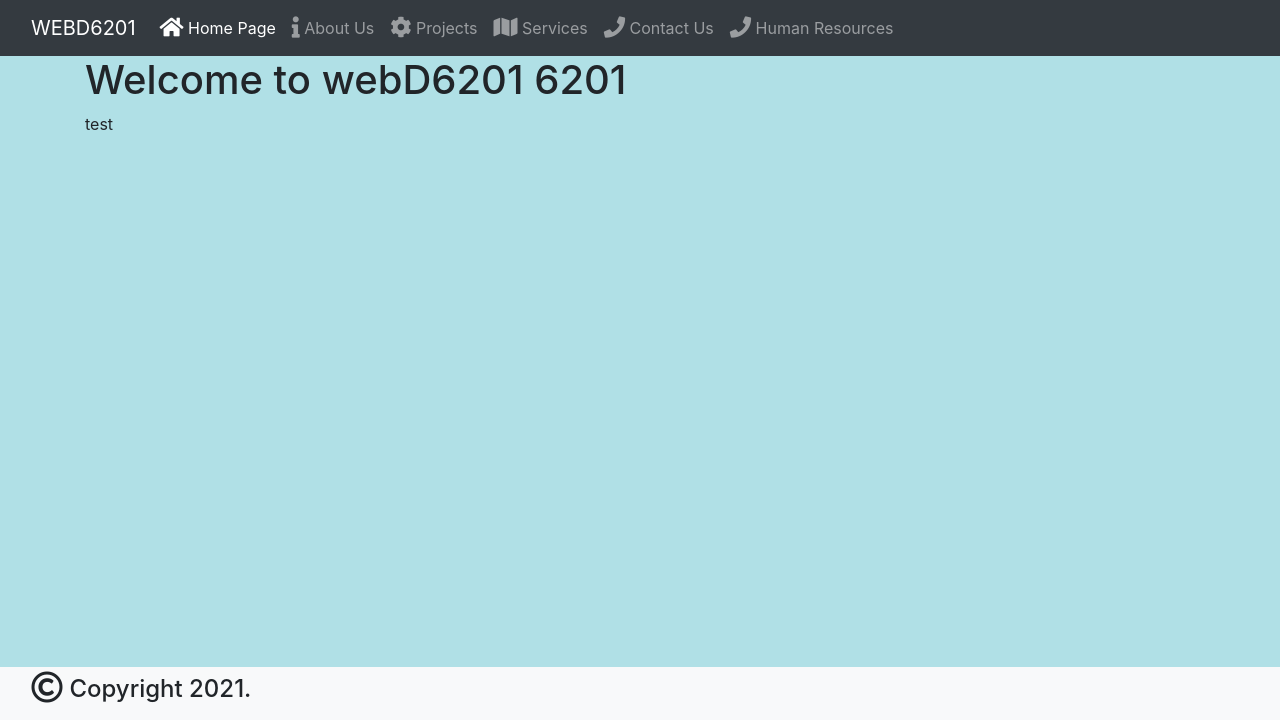
Repository: arbin6ix/ICE-2
Page: index.html
An editor plug-in stored every save of this project. The page is shown before and after the next save, followed by the edit.
The browser window is 1280 px wide. The pictures show the whole page.

Above is the page before, as saved 2021-02-05 21:20:24.
Console error: TypeError: Cannot set properties of null (setting 'textContent')

### index.html
<!DOCTYPE html>
<html lang="en">
<head>
    <meta charset="UTF-8">
    <meta name="viewport" content="width=device-width, initial-scale=1.0">
    <title>Home</title>
    <!-- CSS Section -->
    <link rel="stylesheet" href="./node_modules/bootstrap/dist/css/bootstrap.min.css">
    <link rel="stylesheet" href="./node_modules/@fortawesome/fontawesome-free/css/all.min.css">
    <link rel="stylesheet" href="./Content/app.css">
</head>
<body style="background-color:powderblue;">
    <!-- Main Header -->
    <header>
        <!-- Main Navigation -->
        <nav class="navbar navbar-expand-lg navbar-dark bg-dark">
            <div class="container-fluid">
              <a class="navbar-brand" href="index.html">WEBD6201</a>
              <button class="navbar-toggler" type="button" data-bs-toggle="collapse" data-bs-target="#navbarSupportedContent" aria-controls="navbarSupportedContent" aria-expanded="false" aria-label="Toggle navigation">
                <span class="navbar-toggler-icon"></span>
              </button>
              <div class="collapse navbar-collapse" id="navbarSupportedContent";>
                <ul class="navbar-nav me-auto mb-2 mb-lg-0">
                  <li class="nav-item">
                    <a class="nav-link active" aria-current="page" href="index.html"><i class="fas fa-home fa-lg"></i> Home Page</a>
                  </li>

                  <li class="nav-item">
                    <a class="nav-link" aria-current="page" href="about.html"><i class="fas fa-info fa-lg"></i> About Us</a>
                  </li>

                  <li class="nav-item">
                    <a class="nav-link" aria-current="page" href="projects.html"><i class="fas fa-cog fa-lg"></i> Projects</a>
                  </li>

                  <li class="nav-item">
                    <a class="nav-link" aria-current="page" href="services.html"><i class="fas fa-map fa-lg"></i> Services</a>
                  </li>

                  <li class="nav-item">
                    <a class="nav-link" aria-current="page" href="contact.html"><i class="fas fa-phone fa-lg"></i> Contact Us</a>
                  </li>
                  <li class="nav-item">
                    <a class="nav-link" aria-current="page" href="human-resources.html"><i class="fas fa-phone fa-lg"></i> Human Resources</a>
                  </li>
                </ul>
              </div>
            </div>
          </nav>
    </header>

    <!-- Main Content -->

    <main class="container">

        <h1>Welcome to webD6201 6201</h1>
        <p>test</p>

    </main>


    <!-- Main Footer -->
    <footer>
        <nav class="navbar fixed-bottom navbar-light bg-light">
            <div class="container-fluid">
              <h4><i class="far fa-copyright fa-lg"></i> Copyright 2021.</h4>
            </div>
          </nav>
    </footer>

    <!-- Script Section-->
    <script src="./node_modules/jquery/dist/jquery.min.js"></script>
    <script src="./node_modules/bootstrap/dist/js/bootstrap.bundle.min.js"></script>
    <script src="./Scripts/app.js"></script>
</body>
</html>

### Scripts/app.js
/* custom JavaScript goes here */

//IIFE - Immediately Invoked Function Expression
//AKA - Anonymous Self-Executing Function
//Closure - limits scope leak

"use strict";
//Contact Class


(function()
{
    function displayHome()
    {
        let paragraphOneText =
          "This is a simple site to demonstrate DOM Manipulation for ICE 2";

        let paragraphOneElement = document.getElementById("paragraphOne");

        paragraphOneElement.textContent = paragraphOneText;
        paragraphOneElement.className = "fs-5";

        // Step 1. document.createElement
        let newParagraph = document.createElement("p");
        // Step 2. configure the element
        newParagraph.setAttribute("id", "paragraphTwo");
        newParagraph.textContent = "...And this is paragraph two";
        // Step 3. select the parent element
        let mainContent = document.getElementsByTagName("main")[0];
        // Step 4. Add / Insert the element
        mainContent.appendChild(newParagraph);

        newParagraph.className = "fs-6";

        // another way of injecting content
        let paragraphDiv = document.createElement("div");
        let paragraphThree = `<p id="paragraphThree" class="fs-7 fw-bold">And this is the Third Paragraph</p>`;
        paragraphDiv.innerHTML = paragraphThree;

        // insertions

        // example of inserting before a node
        //newParagraph.before(paragraphDiv);

        // example of inserting after a node
        newParagraph.after(paragraphDiv);

        // deletions

        // example of removing a single element
        //paragraphOneElement.remove();

        // example of removeChild
        mainContent.removeChild(paragraphOneElement);

        // update / modification
        //mainContent.firstElementChild.textContent = "Welcome Home!";

        mainContent.innerHTML = `<h1 id="firstHeading">Welcome to WEBD6201 - Lab 1</h1>
         <p id="paragraphOne" class="fs-3 fw-bold">This is my first Paragraph</p>
        `;

    }

    function displayAbout()
    {

    }

    function displayProjects()
    {

    }

    function displayServices()
    {

    }

    function displayContact()
    {
        let messageArea = document.getElementById("messageArea");
        messageArea.hidden = true;

        // form validation
        let fullName = document.getElementById("fullName");
        fullName.addEventListener("blur", function() {
            if(fullName.value.length < 2)
            {
                fullName.focus();
                fullName.select();
                messageArea.hidden = false;
                messageArea.className = "alert alert-danger";
                messageArea.textContent = "Please enter an appropriate Name";
            }
            else
            {
                messageArea.removeAttribute("class");
                messageArea.hidden = true;
            }
        });

        let sendButton = document.getElementById("sendButton");
        sendButton.addEventListener("click", function(event){
            //event.preventDefault();


            let contact = new Contact(fullName.value, contactNumber.value, emailAddress.value);
              localStorage.setItem((localStorage.length + 1).toString(), contact.serialize());







        });
    }

    function displayContactList()
    {
      if (localStorage.length > 0)
      {
        let contactList = document.getElementById("contactList");

        let data = "";

        for (let index = 0; index < localStorage.length; index++)
        {
          let contactData = localStorage.getItem((index + 1).toString());

          let contact = new Contact();
          contact.deserialize(contactData);

          data += `<tr>
          <th scope="row">${index + 1}</th>
          <td>${contact.FullName}</td>
          <td>${contact.ContactNumber}</td>
          <td>${contact.EmailAddress}</td>
        </tr>`;
        }

        contactList.innerHTML = data;
      }
    }



    function Start()
    {
        console.log("App Started...");

        switch (document.title)
        {
          case "Home":
              displayHome();
            break;
          case "About":
              displayAbout();
            break;
          case "Projects":
              displayProjects();
            break;
          case "Services":
              displayServices();
            break;
          case "Contact":
              displayContact();
            break;
          case "Contact-List":
            displayContactList();
          break;
        }

    }

    window.addEventListener("load", Start);

})();

Loaded but not shown: node_modules/bootstrap/dist/css/bootstrap.min.css (library); node_modules/@fortawesome/fontawesome-free/css/all.min.css (library); Content/app.css (common file); node_modules/jquery/dist/jquery.min.js (library); node_modules/bootstrap/dist/js/bootstrap.bundle.min.js (library)

After the next save:
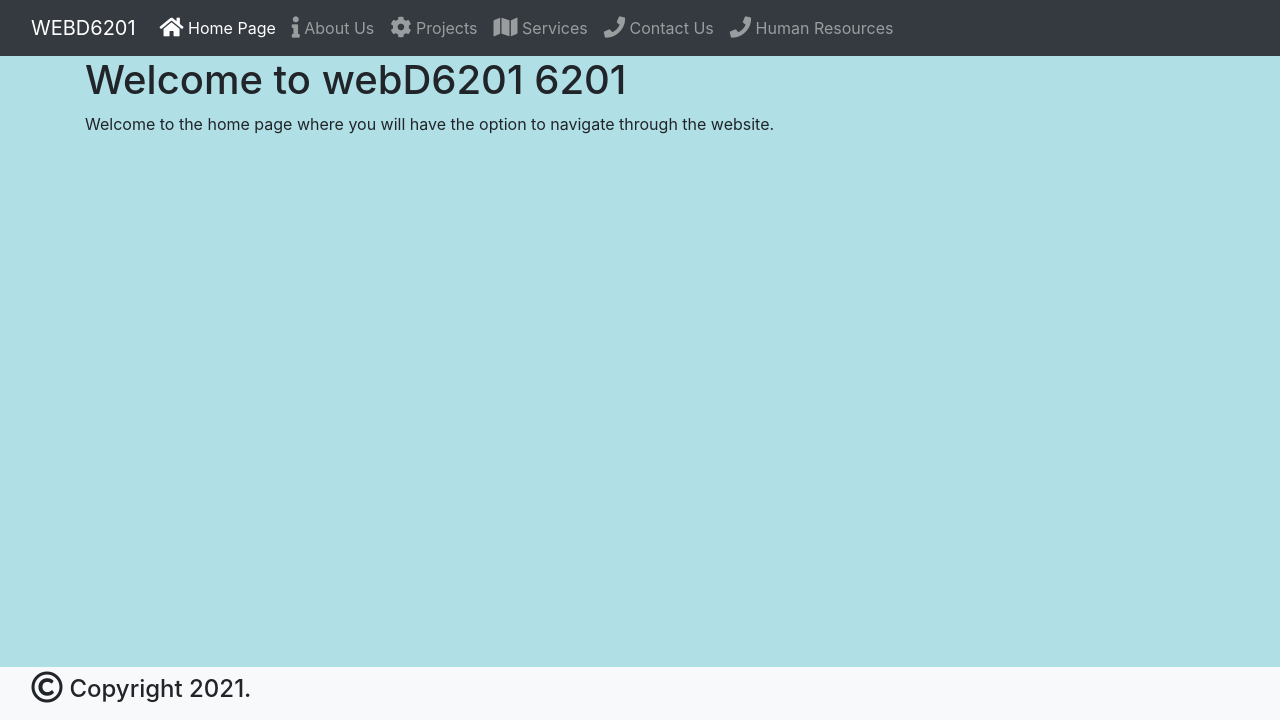
Saved 3 min 11 s later.
--- a/index.html
+++ b/index.html
@@ -54,7 +54,7 @@
     <main class="container">
 
         <h1>Welcome to webD6201 6201</h1>
-        <p>test</p>
+        <p>Welcome to the home page where you will have the option to navigate through the website.</p>
 
     </main>
 
